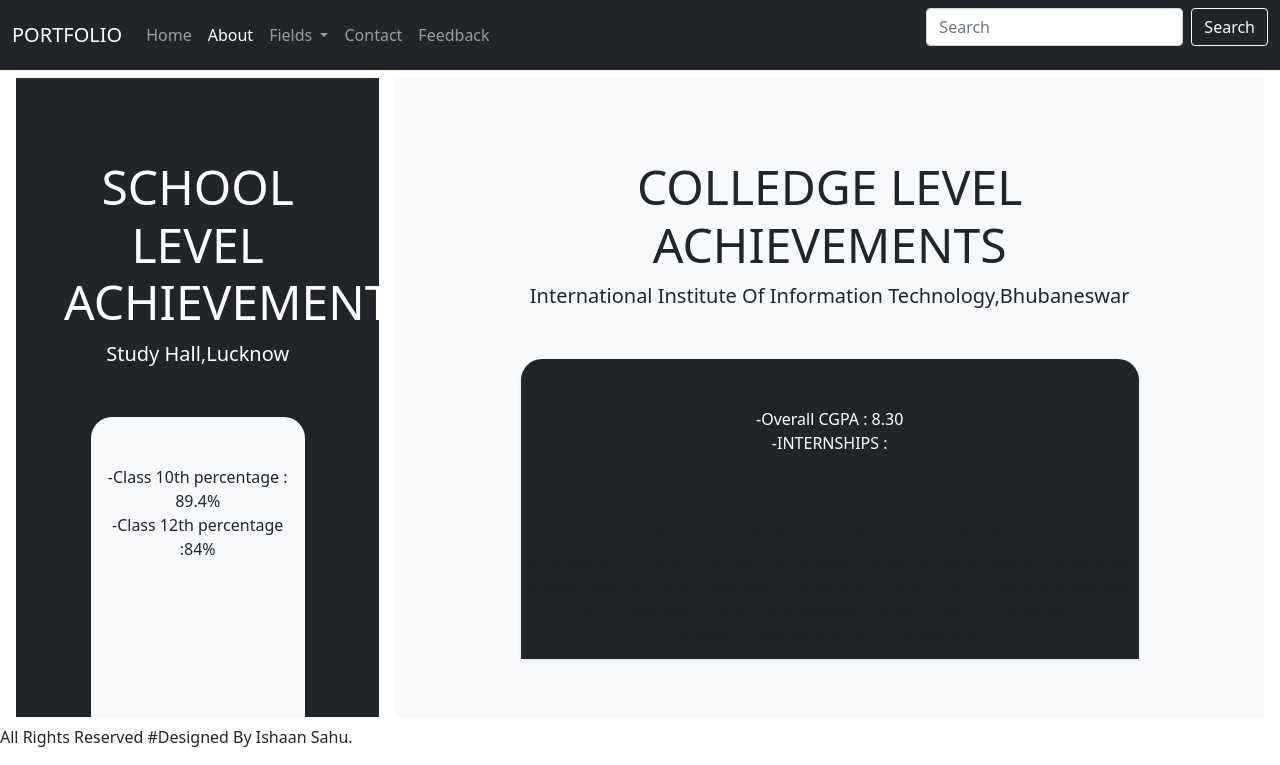
Repository: ishaan51551/Ishaan-s-Portfolio-
Page: about.html
The author's editor kept a copy of each file at every save. The page is drawn from the files as they stood at one save, then again after the next save.
The browser window is 1280 px wide. The pictures show the whole page.

Above is the page before, as saved 2023-09-13 01:50:07.

After the next save:
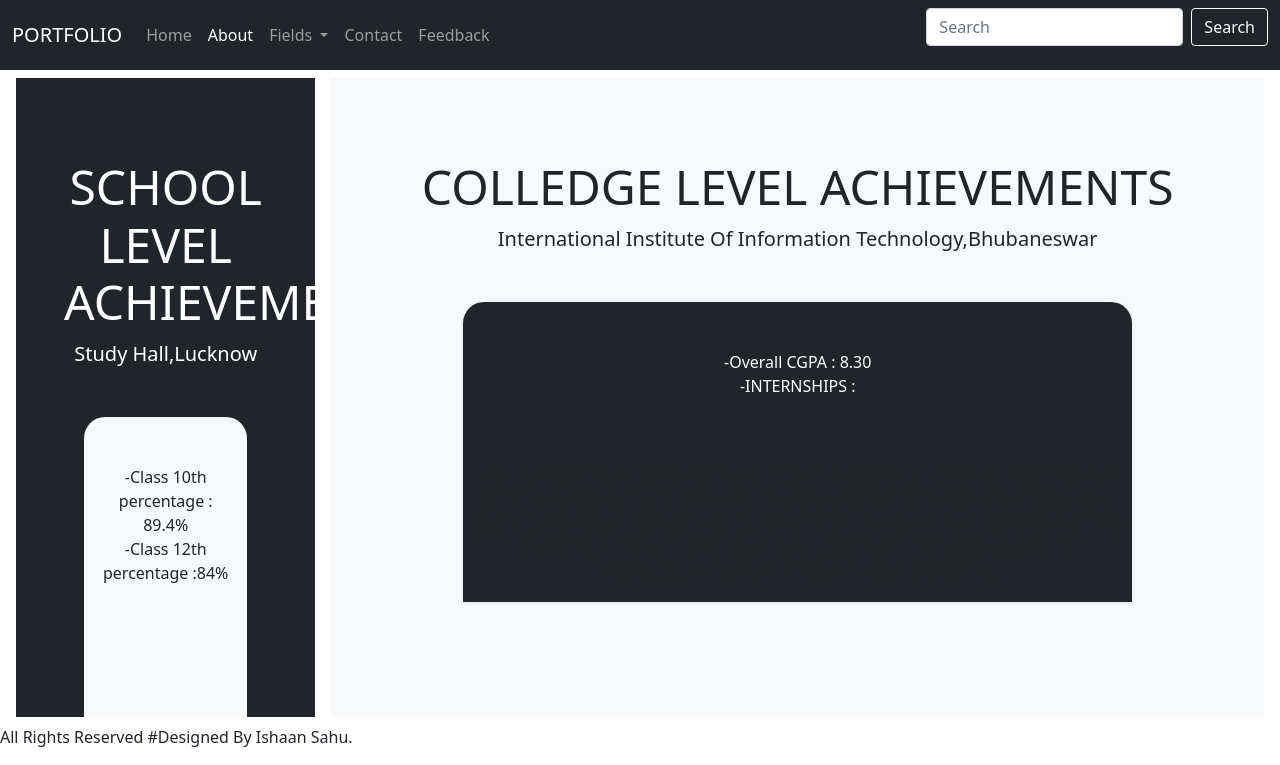
Saved 12 s later.
--- a/about.html
+++ b/about.html
@@ -91,7 +91,7 @@
       <p class="swing text-white overfow-hidden text-center px-3 py-5">
         -Overall CGPA : 8.30</br>
         -INTERNSHIPS :</br>
-        <h5>Mern Stack Web Development Intern</h5>
+        <h5>Mern Stack Web Development Intern
 
         Blaccsckull is a startup focused on the development of social media applications. Worked here as a Mern Developer.
         Fix various bugs on the Frontend and Backend of the website.
